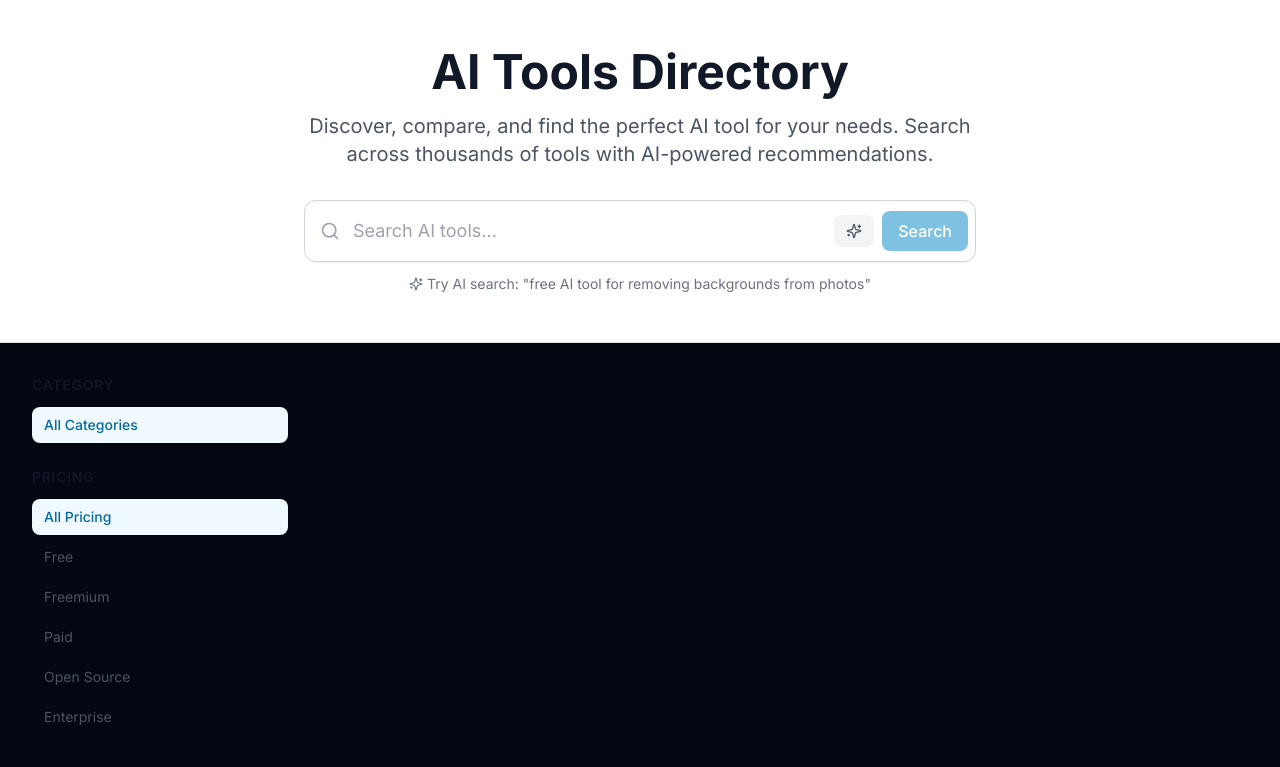
Repository: roshanreddy118/AI-tools-directory
Page: /
These files come from the project's save history. The page is drawn as it stood at one moment and after the next save; the edit follows.
The browser window is 1280 px wide. The pictures show the whole page.
The page's requests for data from a server got no answer. The project was rebuilt for these pictures with package versions that can differ from the ones it lists, and the page was loaded fresh each time. The framework's server and built-in components were replaced by stand-ins that run in the browser. No one was signed in, and anything a server would have sent is missing. Also part of the build but not shown: next.config.mjs, src/components/ToolCard.tsx.

Above is the page before, as saved 2026-08-27 20:12:11.

### src/app/layout.tsx
import type { Metadata } from "next";
import { Inter } from "next/font/google";
import "./globals.css";

const inter = Inter({ subsets: ["latin"] });

export const metadata: Metadata = {
  title: "AI Tools Directory - Discover the Best AI Tools",
  description:
    "Search and discover AI tools across categories. Compare pricing, features, and find the perfect AI tool for your needs.",
};

export default function RootLayout({
  children,
}: Readonly<{
  children: React.ReactNode;
}>) {
  return (
    <html lang="en">
      <body className={inter.className}>{children}</body>
    </html>
  );
}

### src/app/page.tsx
"use client";

import { useState, useEffect, useCallback } from "react";
import { SearchBar } from "@/components/SearchBar";
import { ToolCard } from "@/components/ToolCard";
import { FilterSidebar } from "@/components/FilterSidebar";
import { Database, Sparkles, Globe, Zap } from "lucide-react";

interface ToolResult {
  id: string;
  name: string;
  slug: string;
  website?: string | null;
  shortDescription?: string | null;
  category?: string | null;
  pricingType?: string | null;
  hasFreeTier?: boolean | null;
  platforms?: string[] | null;
  tags?: string[] | null;
  logoUrl?: string | null;
  popularity?: number | null;
  score?: number;
}

interface Stats {
  totalTools: number;
  totalSources: number;
  categories: { category: string; count: number }[];
}

export default function HomePage() {
  const [tools, setTools] = useState<ToolResult[]>([]);
  const [stats, setStats] = useState<Stats | null>(null);
  const [isLoading, setIsLoading] = useState(false);
  const [selectedCategory, setSelectedCategory] = useState<string | null>(null);
  const [selectedPricing, setSelectedPricing] = useState<string | null>(null);
  const [hasSearched, setHasSearched] = useState(false);

  // Fetch stats on mount
  useEffect(() => {
    fetch("/api/stats")
      .then((r) => r.json())
      .then(setStats)
      .catch(console.error);
  }, []);

  // Fetch tools when filters change
  const fetchTools = useCallback(async () => {
    setIsLoading(true);
    try {
      const params = new URLSearchParams();
      if (selectedCategory) params.set("category", selectedCategory);
      if (selectedPricing) params.set("pricing", selectedPricing);
      params.set("limit", "30");

      const response = await fetch(`/api/tools?${params}`);
      const data = await response.json();
      setTools(data.tools || []);
      setHasSearched(true);
    } catch (error) {
      console.error("Failed to fetch tools:", error);
    } finally {
      setIsLoading(false);
    }
  }, [selectedCategory, selectedPricing]);

  useEffect(() => {
    fetchTools();
  }, [fetchTools]);

  const handleSearch = async (query: string, isAI: boolean) => {
    setIsLoading(true);
    setHasSearched(true);

    try {
      if (isAI) {
        // Semantic search
        const response = await fetch("/api/tools/search", {
          method: "POST",
          headers: { "Content-Type": "application/json" },
          body: JSON.stringify({
            query,
            filters: {
              category: selectedCategory,
              pricing: selectedPricing,
            },
          }),
        });
        const data = await response.json();
        setTools(data.tools || []);
      } else {
        // Keyword search
        const params = new URLSearchParams({ q: query, limit: "30" });
        if (selectedCategory) params.set("category", selectedCategory);
        if (selectedPricing) params.set("pricing", selectedPricing);

        const response = await fetch(`/api/tools?${params}`);
        const data = await response.json();
        setTools(data.tools || []);
      }
    } catch (error) {
      console.error("Search failed:", error);
    } finally {
      setIsLoading(false);
    }
  };

  const categories = stats?.categories?.map((c) => c.category).filter(Boolean) || [];

  return (
    <main className="min-h-screen">
      {/* Hero */}
      <header className="bg-white border-b border-gray-200">
        <div className="max-w-7xl mx-auto px-4 py-12 sm:px-6 lg:px-8">
          <div className="text-center">
            <h1 className="text-4xl font-bold text-gray-900 sm:text-5xl">
              AI Tools Directory
            </h1>
            <p className="mt-4 text-xl text-gray-600 max-w-2xl mx-auto">
              Discover, compare, and find the perfect AI tool for your needs.
              Search across thousands of tools with AI-powered recommendations.
            </p>

            {/* Stats */}
            {stats && (
              <div className="mt-8 flex justify-center gap-8 text-sm text-gray-500">
                <div className="flex items-center gap-2">
                  <Database className="w-4 h-4" />
                  <span>{stats.totalTools.toLocaleString()} tools</span>
                </div>
                <div className="flex items-center gap-2">
                  <Globe className="w-4 h-4" />
                  <span>{stats.totalSources} sources</span>
                </div>
                <div className="flex items-center gap-2">
                  <Zap className="w-4 h-4" />
                  <span>{categories.length} categories</span>
                </div>
              </div>
            )}

            {/* Search */}
            <div className="mt-8">
              <SearchBar onSearch={handleSearch} isLoading={isLoading} />
            </div>

            <p className="mt-3 text-sm text-gray-500 flex items-center justify-center gap-1">
              <Sparkles className="w-3.5 h-3.5" />
              Try AI search: &quot;free AI tool for removing backgrounds from photos&quot;
            </p>
          </div>
        </div>
      </header>

      {/* Content */}
      <div className="max-w-7xl mx-auto px-4 py-8 sm:px-6 lg:px-8">
        <div className="flex gap-8">
          {/* Sidebar */}
          <FilterSidebar
            categories={categories}
            selectedCategory={selectedCategory}
            selectedPricing={selectedPricing}
            onCategoryChange={setSelectedCategory}
            onPricingChange={setSelectedPricing}
          />

          {/* Results */}
          <div className="flex-1">
            {isLoading ? (
              <div className="flex items-center justify-center py-20">
                <div className="animate-spin rounded-full h-8 w-8 border-b-2 border-primary-600" />
              </div>
            ) : tools.length > 0 ? (
              <div className="space-y-4">
                <p className="text-sm text-gray-500">
                  {tools.length} tools found
                </p>
                {tools.map((tool) => (
                  <ToolCard key={tool.id} tool={tool} />
                ))}
              </div>
            ) : hasSearched ? (
              <div className="text-center py-20">
                <p className="text-gray-500 text-lg">No tools found</p>
                <p className="text-gray-400 text-sm mt-2">
                  Try adjusting your search or filters
                </p>
              </div>
            ) : null}
          </div>
        </div>
      </div>
    </main>
  );
}

### src/app/globals.css
@tailwind base;
@tailwind components;
@tailwind utilities;

@layer base {
  body {
    @apply bg-gray-950 text-gray-100 antialiased;
  }
}

@layer components {
  .card {
    @apply rounded-2xl border border-gray-800 bg-gray-900/80 p-6 shadow-lg backdrop-blur-sm transition-all hover:border-gray-700 hover:shadow-xl;
  }

  .card-hover {
    @apply card hover:scale-[1.01] hover:bg-gray-900;
  }

  .badge {
    @apply inline-flex items-center rounded-full px-2.5 py-0.5 text-xs font-medium;
  }

  .badge-blue {
    @apply badge bg-blue-500/10 text-blue-400 border border-blue-500/20;
  }

  .badge-green {
    @apply badge bg-emerald-500/10 text-emerald-400 border border-emerald-500/20;
  }

  .badge-purple {
    @apply badge bg-purple-500/10 text-purple-400 border border-purple-500/20;
  }

  .badge-amber {
    @apply badge bg-amber-500/10 text-amber-400 border border-amber-500/20;
  }

  .badge-gray {
    @apply badge bg-gray-500/10 text-gray-400 border border-gray-500/20;
  }

  .badge-pink {
    @apply badge bg-pink-500/10 text-pink-400 border border-pink-500/20;
  }

  .gradient-text {
    @apply bg-gradient-to-r from-blue-400 via-purple-400 to-pink-400 bg-clip-text text-transparent;
  }

  .glow {
    box-shadow: 0 0 40px rgba(59, 130, 246, 0.15), 0 0 80px rgba(147, 51, 234, 0.1);
  }

  .input-dark {
    @apply w-full px-4 py-3 bg-gray-800/50 border border-gray-700 rounded-xl text-gray-100 placeholder-gray-500 focus:ring-2 focus:ring-blue-500/50 focus:border-blue-500/50 transition-all outline-none;
  }

  .btn-primary {
    @apply px-5 py-2.5 bg-gradient-to-r from-blue-600 to-purple-600 text-white rounded-xl font-medium hover:from-blue-500 hover:to-purple-500 disabled:opacity-50 disabled:cursor-not-allowed transition-all shadow-lg shadow-blue-500/20;
  }

  .btn-secondary {
    @apply px-5 py-2.5 border border-gray-700 text-gray-300 rounded-xl font-medium hover:bg-gray-800 hover:text-white transition-all;
  }
}

### src/components/SearchBar.tsx
"use client";

import { useState } from "react";
import { Search, Sparkles } from "lucide-react";

interface SearchBarProps {
  onSearch: (query: string, isAI: boolean) => void;
  isLoading?: boolean;
}

export function SearchBar({ onSearch, isLoading }: SearchBarProps) {
  const [query, setQuery] = useState("");
  const [isAIMode, setIsAIMode] = useState(false);

  const handleSubmit = (e: React.FormEvent) => {
    e.preventDefault();
    if (query.trim()) {
      onSearch(query.trim(), isAIMode);
    }
  };

  return (
    <form onSubmit={handleSubmit} className="w-full max-w-2xl mx-auto">
      <div className="relative">
        <div className="absolute inset-y-0 left-0 pl-4 flex items-center pointer-events-none">
          {isAIMode ? (
            <Sparkles className="h-5 w-5 text-purple-500" />
          ) : (
            <Search className="h-5 w-5 text-gray-400" />
          )}
        </div>
        <input
          type="text"
          value={query}
          onChange={(e) => setQuery(e.target.value)}
          placeholder={
            isAIMode
              ? "Ask anything... e.g. 'free AI tool for removing backgrounds'"
              : "Search AI tools..."
          }
          className="block w-full pl-12 pr-32 py-4 border border-gray-300 rounded-xl text-lg focus:ring-2 focus:ring-primary-500 focus:border-transparent bg-white shadow-sm"
          disabled={isLoading}
        />
        <div className="absolute inset-y-0 right-0 flex items-center pr-2 gap-2">
          <button
            type="button"
            onClick={() => setIsAIMode(!isAIMode)}
            className={`px-3 py-2 rounded-lg text-sm font-medium transition-colors ${
              isAIMode
                ? "bg-purple-100 text-purple-700 border border-purple-200"
                : "bg-gray-100 text-gray-600 hover:bg-gray-200"
            }`}
            title={isAIMode ? "AI Search (semantic)" : "Switch to AI search"}
          >
            <Sparkles className="h-4 w-4" />
          </button>
          <button
            type="submit"
            disabled={isLoading || !query.trim()}
            className="px-4 py-2 bg-primary-600 text-white rounded-lg font-medium hover:bg-primary-700 disabled:opacity-50 disabled:cursor-not-allowed transition-colors"
          >
            {isLoading ? "..." : "Search"}
          </button>
        </div>
      </div>
    </form>
  );
}

### src/components/FilterSidebar.tsx
"use client";

interface FilterSidebarProps {
  categories: string[];
  selectedCategory: string | null;
  selectedPricing: string | null;
  onCategoryChange: (category: string | null) => void;
  onPricingChange: (pricing: string | null) => void;
}

const pricingOptions = [
  { value: "free", label: "Free" },
  { value: "freemium", label: "Freemium" },
  { value: "paid", label: "Paid" },
  { value: "open-source", label: "Open Source" },
  { value: "enterprise", label: "Enterprise" },
];

export function FilterSidebar({
  categories,
  selectedCategory,
  selectedPricing,
  onCategoryChange,
  onPricingChange,
}: FilterSidebarProps) {
  return (
    <aside className="w-64 flex-shrink-0">
      <div className="sticky top-4 space-y-6">
        {/* Categories */}
        <div>
          <h3 className="text-sm font-semibold text-gray-900 uppercase tracking-wider mb-3">
            Category
          </h3>
          <div className="space-y-1">
            <button
              onClick={() => onCategoryChange(null)}
              className={`block w-full text-left px-3 py-2 rounded-lg text-sm transition-colors ${
                !selectedCategory
                  ? "bg-primary-50 text-primary-700 font-medium"
                  : "text-gray-600 hover:bg-gray-100"
              }`}
            >
              All Categories
            </button>
            {categories.map((category) => (
              <button
                key={category}
                onClick={() => onCategoryChange(category)}
                className={`block w-full text-left px-3 py-2 rounded-lg text-sm transition-colors ${
                  selectedCategory === category
                    ? "bg-primary-50 text-primary-700 font-medium"
                    : "text-gray-600 hover:bg-gray-100"
                }`}
              >
                {category}
              </button>
            ))}
          </div>
        </div>

        {/* Pricing */}
        <div>
          <h3 className="text-sm font-semibold text-gray-900 uppercase tracking-wider mb-3">
            Pricing
          </h3>
          <div className="space-y-1">
            <button
              onClick={() => onPricingChange(null)}
              className={`block w-full text-left px-3 py-2 rounded-lg text-sm transition-colors ${
                !selectedPricing
                  ? "bg-primary-50 text-primary-700 font-medium"
                  : "text-gray-600 hover:bg-gray-100"
              }`}
            >
              All Pricing
            </button>
            {pricingOptions.map((option) => (
              <button
                key={option.value}
                onClick={() => onPricingChange(option.value)}
                className={`block w-full text-left px-3 py-2 rounded-lg text-sm transition-colors ${
                  selectedPricing === option.value
                    ? "bg-primary-50 text-primary-700 font-medium"
                    : "text-gray-600 hover:bg-gray-100"
                }`}
              >
                {option.label}
              </button>
            ))}
          </div>
        </div>
      </div>
    </aside>
  );
}

### tailwind.config.ts
import type { Config } from "tailwindcss";

const config: Config = {
  content: [
    "./src/pages/**/*.{js,ts,jsx,tsx,mdx}",
    "./src/components/**/*.{js,ts,jsx,tsx,mdx}",
    "./src/app/**/*.{js,ts,jsx,tsx,mdx}",
  ],
  theme: {
    extend: {
      colors: {
        primary: {
          50: "#f0f9ff",
          100: "#e0f2fe",
          200: "#bae6fd",
          300: "#7dd3fc",
          400: "#38bdf8",
          500: "#0ea5e9",
          600: "#0284c7",
          700: "#0369a1",
          800: "#075985",
          900: "#0c4a6e",
          950: "#082f49",
        },
      },
    },
  },
  plugins: [require("@tailwindcss/typography")],
};

export default config;

After the next save:
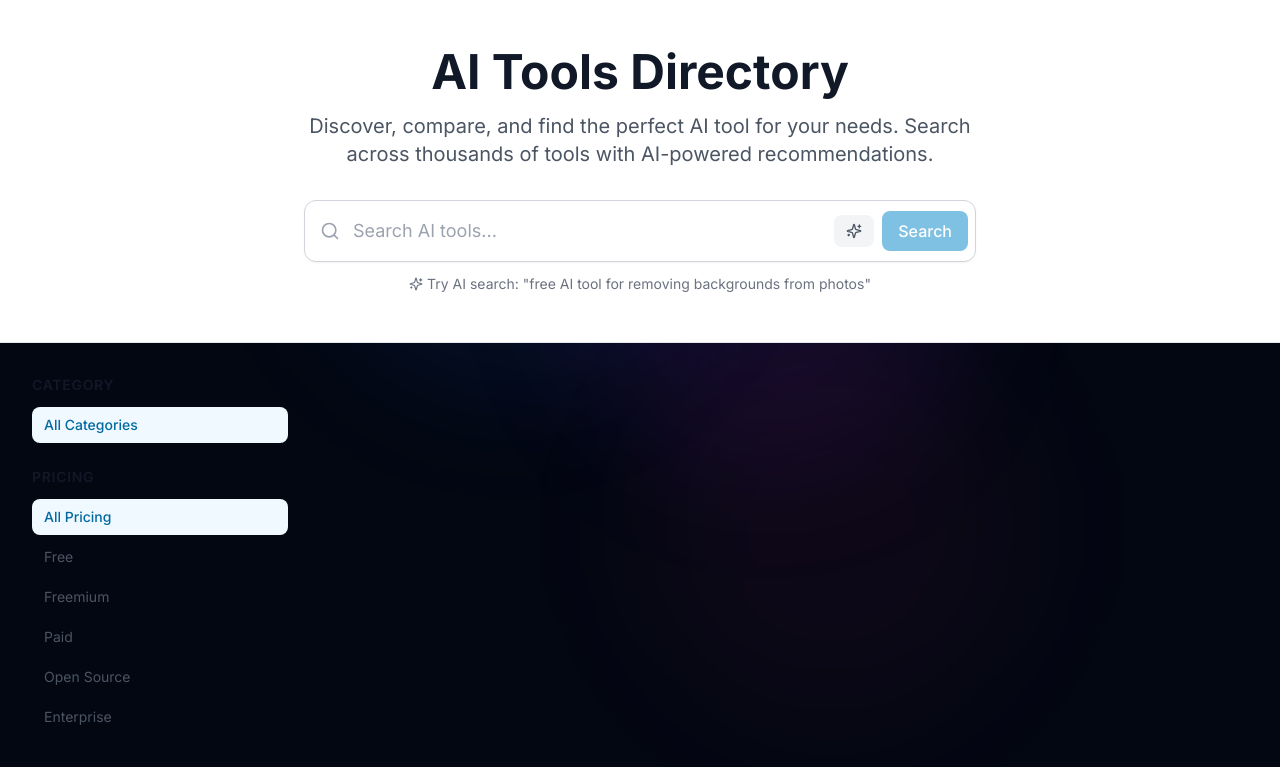
Saved 12 s later.
--- a/src/app/layout.tsx
+++ b/src/app/layout.tsx
@@ -16,8 +16,17 @@ export default function RootLayout({
   children: React.ReactNode;
 }>) {
   return (
-    <html lang="en">
-      <body className={inter.className}>{children}</body>
+    <html lang="en" className="dark">
+      <body className={inter.className}>
+        {/* Background gradient */}
+        <div className="fixed inset-0 -z-10">
+          <div className="absolute inset-0 bg-gray-950" />
+          <div className="absolute top-0 left-1/4 w-96 h-96 bg-blue-600/10 rounded-full blur-3xl" />
+          <div className="absolute top-20 right-1/4 w-96 h-96 bg-purple-600/10 rounded-full blur-3xl" />
+          <div className="absolute bottom-0 left-1/2 w-96 h-96 bg-pink-600/5 rounded-full blur-3xl" />
+        </div>
+        {children}
+      </body>
     </html>
   );
 }
